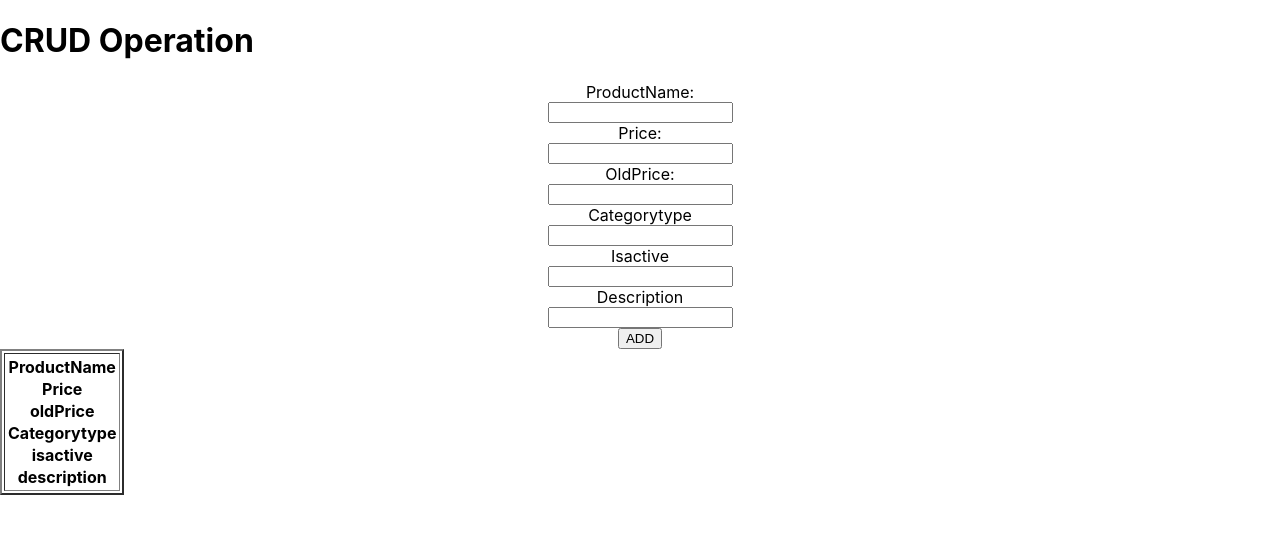
Repository: Josephkennedy603/Tridots-CRUD
Page: /
An editor plug-in stored every save of this project. The page is shown before and after the next save, followed by the edit.
The browser window is 1280 px wide. The pictures show the whole page.
The project was rebuilt for these pictures with package versions that can differ from the ones it lists, and the page was loaded fresh each time.

Above is the page before, as saved 2024-09-20 16:38:27.

### src/App.jsx
import "./App.css";
import Create from "./create";
import {
  collection,
  getDocs,
  onSnapshot,
  updateDoc,
  doc,
  deleteDoc,
} from "firebase/firestore";
import { db } from "./firebase";
export const userCollectionRef = collection(db, "record");
console.log("user data1", userCollectionRef);

function App() {
  return (
    <div className="main-container">
      <h1>CRUD Operation</h1>
      <Create />

      {/* ProductName,
    Price,
    oldPrice,
    Categorytype,
    isactive,
    description, */}
      <table border={2}>
        <tbody>
          <th>
            <tr>ProductName</tr>
            <tr>Price</tr>
            <tr>oldPrice</tr>
            <tr>Categorytype</tr>
            <tr>isactive</tr>
            <tr>description</tr>
          </th>
        </tbody>
      </table>
    </div>
  );
}

export default App;

### src/App.css
.main-input {
  display: flex;
  flex-direction: column;
  align-items: center;
  justify-content: center;
}

### src/create.jsx
import React from "react";
import { useState } from "react";
import { userCollectionRef } from "./App";
import { addDoc } from "firebase/firestore";
import "./App";
// Product -> list, Add, Edit, delete Paramater: Product Name (type: string), Price (type: number), Old Price (type: number), Category type (type: select), is active (type: checkbox), description (type: textarea) Category list => Vegetables, Fruits & Nuts, Dairy & creams, Packages Food , Staples
const Create = ({ refetchUser }) => {
  const [ProductName, setProductName] = useState("");
  const [Price, setPrice] = useState();
  const [oldPrice, setOldPrice] = useState();
  const [Categorytype, setCategorytype] = useState();
  const [isactive, setisActive] = useState();
  const [description, setDescription] = useState();

  const data1 = {
    ProductName,
    Price,
    oldPrice,
    Categorytype,
    isactive,
    description,
  };

  const handleClick = async () => {
    const data = await addDoc(userCollectionRef, data1);
    setProductName("");
    setPrice("");
    setOldPrice("");
    setCategorytype("");
    setisActive("");
    setDescription("");

    // refetchUser();
    // console.log("for create ", data);
  };

  return (
    <div className="main-input">
      <label>ProductName:</label>
      <input
        name="Name:"
        type="text"
        value={ProductName}
        onChange={(e) => setProductName(e.target.value)}
        required
      />

      <label>Price:</label>
      <input
        type="number"
        name="Age"
        value={Price}
        onChange={(e) => setPrice(Number(e.target.value))}
        required
      />

      <label>OldPrice:</label>
      <input
        type="number"
        value={oldPrice}
        onChange={(e) => setOldPrice(e.target.value)}
        required
      />

      <label>Categorytype</label>
      <input
        type="select"
        name="Phone Number"
        value={Categorytype}
        onChange={(e) => setCategorytype(Number(e.target.value))}
        required
      />
      <label>Isactive</label>
      <input
        type="number"
        name="Phone Number"
        value={isactive}
        onChange={(e) => setDescription(e.target.value)}
        required
      />

      <label>Description</label>
      <input
        type="number"
        name="Phone Number"
        value={description}
        onChange={(e) => setisActive(Number(e.target.value))}
        required
      />
      <input type="submit" value={"ADD"} onClick={handleClick} />
    </div>
  );
};

export default Create;

### src/firebase.js
// Product -> list, Add, Edit, delete Paramater: Product Name (type: string), Price (type: number), Old Price (type: number), Category type (type: select), is active (type: checkbox), description (type: textarea) Category list => Vegetables, Fruits & Nuts, Dairy & creams, Packages Food , Staples
// Import the functions you need from the SDKs you need
import { initializeApp } from "firebase/app";
import { getFirestore } from "firebase/firestore";
// import { getAnalytics } from "firebase/analytics";

const firebaseConfig = {
  apiKey: "AIzaSyB6ZR0S_52AlqGIUs87cyuSaj7Dp9EP9nk",
  authDomain: "crud-operation-7754e.firebaseapp.com",
  projectId: "crud-operation-7754e",
  storageBucket: "crud-operation-7754e.appspot.com",
  messagingSenderId: "941097712371",
  appId: "1:941097712371:web:aad3664dddf0ff5721d586",
  measurementId: "G-CM49X6XD0N",
};

// Initialize Firebase
const app = initializeApp(firebaseConfig);
export const db = getFirestore(app);

export default app;

Loaded but not shown: public/index.html (common file); src/index.js (common file); src/index.css (common file); src/reportWebVitals.js (common file)

After the next save:
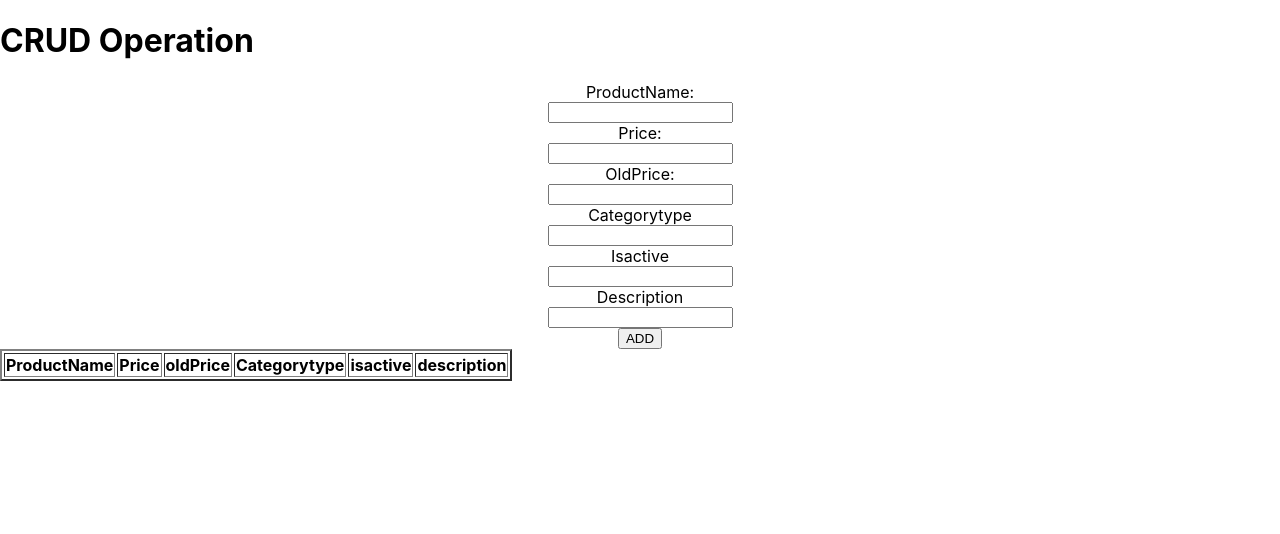
Saved 46 s later.
--- a/src/App.jsx
+++ b/src/App.jsx
@@ -26,14 +26,14 @@ function App() {
     description, */}
       <table border={2}>
         <tbody>
-          <th>
-            <tr>ProductName</tr>
-            <tr>Price</tr>
-            <tr>oldPrice</tr>
-            <tr>Categorytype</tr>
-            <tr>isactive</tr>
-            <tr>description</tr>
-          </th>
+          <tr>
+            <th>ProductName</th>
+            <th>Price</th>
+            <th>oldPrice</th>
+            <th>Categorytype</th>
+            <th>isactive</th>
+            <th>description</th>
+          </tr>
         </tbody>
       </table>
     </div>
